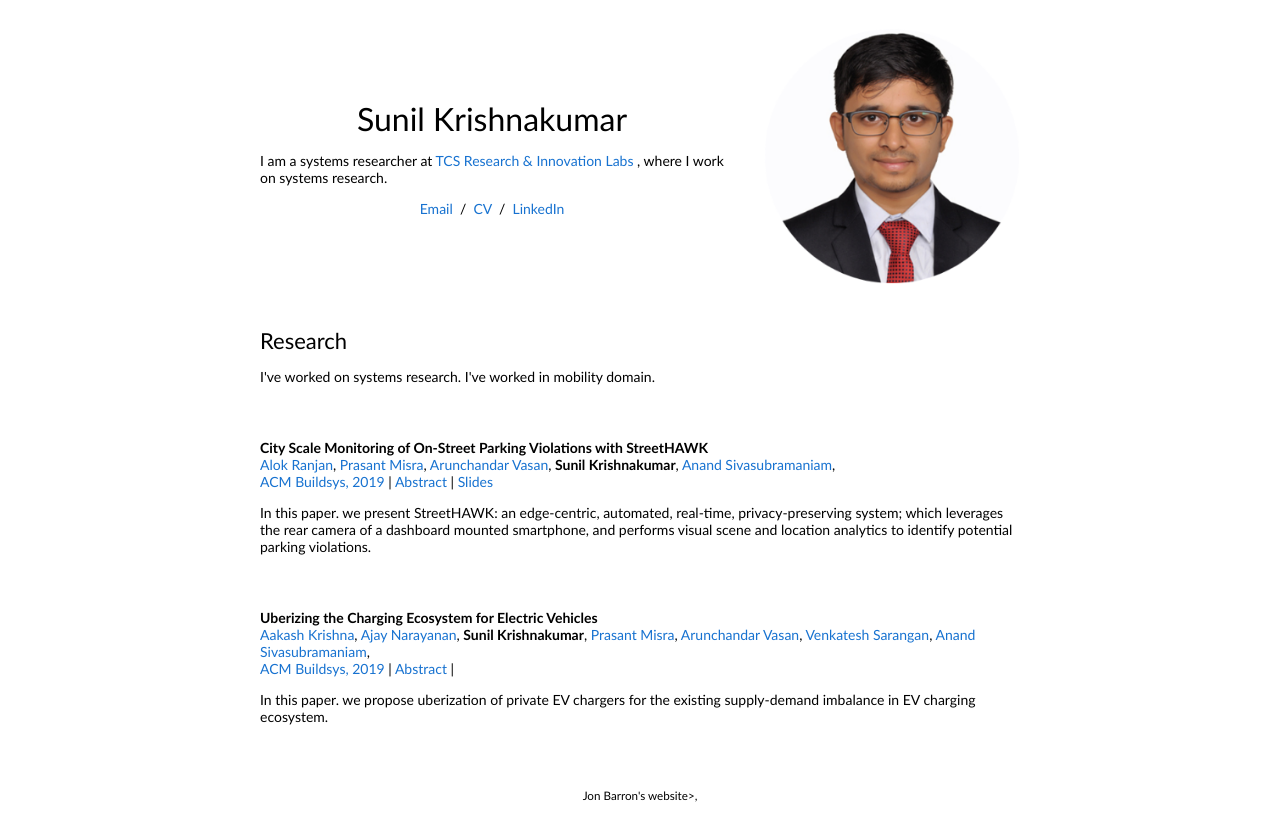
Repository: Sunil-KK/-
Page: index.html
The author's editor kept a copy of each file at every save. The page is drawn from the files as they stood at one save, then again after the next save.
The browser window is 1280 px wide. The pictures show the whole page.

Above is the page before, as saved 2020-09-02 02:05:14.

### index.html
<!DOCTYPE HTML>
<html lang="en"><head><meta http-equiv="Content-Type" content="text/html; charset=UTF-8">
  <!-- Hi, Jon Here. Please DELETE the two <script> tags below if you use this HTML, otherwise my analytics will track your page -->
  <!-- Global site tag (gtag.js) - Google Analytics -->
  <script async src="https://www.googletagmanager.com/gtag/js?id=UA-7580334-2"></script>
  <script>
    window.dataLayer = window.dataLayer || [];
    function gtag(){dataLayer.push(arguments);}
    gtag('js', new Date());

    gtag('config', 'UA-7580334-2');
  </script>

  <title>Sunil Krishnakumar</title>

  <meta name="author" content="Sunil Krishnakumar">
  <meta name="viewport" content="width=device-width, initial-scale=1">

  <link rel="stylesheet" type="text/css" href="stylesheet.css">
  <link rel="icon" type="image/png" href="images/seal_icon.png">
</head>

<body>
  <table style="width:100%;max-width:800px;border:0px;border-spacing:0px;border-collapse:separate;margin-right:auto;margin-left:auto;"><tbody>
    <tr style="padding:0px">
      <td style="padding:0px">
        <table style="width:100%;border:0px;border-spacing:0px;border-collapse:separate;margin-right:auto;margin-left:auto;"><tbody>
          <tr style="padding:0px">
            <td style="padding:2.5%;width:63%;vertical-align:middle">
              <p style="text-align:center">
                <name>Sunil Krishnakumar</name>
              </p>
              <p>I am a systems researcher at <a href="https://www.tcs.com/research-and-innovation">TCS Research & Innovation Labs </a>, where I work on systems research.
              </p>
              <p>
                <!-- At Google I've worked on <a href="https://ai.googleblog.com/2014/04/lens-blur-in-new-google-camera-app.html">Lens Blur</a>, <a href="https://ai.googleblog.com/2014/10/hdr-low-light-and-high-dynamic-range.html">HDR+</a>, <a href="https://www.google.com/get/cardboard/jump/">Jump</a>, <a href="https://ai.googleblog.com/2017/10/portrait-mode-on-pixel-2-and-pixel-2-xl.html">Portrait Mode</a>, and <a href="https://www.youtube.com/watch?v=JSnB06um5r4">Glass</a>. I did my PhD at <a href="http://www.eecs.berkeley.edu/">UC Berkeley</a>, where I was advised by <a href="http://www.cs.berkeley.edu/~malik/">Jitendra Malik</a> and funded by the <a href="http://www.nsfgrfp.org/">NSF GRFP</a>. I did my bachelors at the <a href="http://cs.toronto.edu">University of Toronto</a>. -->
                <!-- I've recieved the <a href="https://www2.eecs.berkeley.edu/Students/Awards/15/">C.V. Ramamoorthy Distinguished Research Award</a> and the <a href="https://www.thecvf.com/?page_id=413#YRA">PAMI Young Researcher Award</a>. -->
              </p>
              <p style="text-align:center">
                <a href="mailto:komadamsunil96@gmail.com">Email</a> &nbsp/&nbsp
                <a href="data/Sunil_CV.pdf.pdf">CV</a> &nbsp/&nbsp
                <!-- <a href="data/JonBarron-bio.txt">LinkedI</a> &nbsp/&nbsp -->
                <!-- <a href="https://scholar.google.com/citations?hl=en&user=jktWnL8AAAAJ">Google Scholar</a> &nbsp/&nbsp -->
                <a href="https://www.linkedin.com/in/sunilkrishnakumar/">LinkedIn</a>
                <!-- <a href="https://twitter.com/jon_barron">Twitter</a> -->
              </p>
            </td>
            <td style="padding:2.5%;width:40%;max-width:40%">
              <a href="images/ID.jpg"><img style="width:100%;max-width:100%" alt="profile photo" src="images/Sunil_circle.png" class="hoverZoomLink"></a>
            </td>
          </tr>
        </tbody></table>
        <table style="width:100%;border:0px;border-spacing:0px;border-collapse:separate;margin-right:auto;margin-left:auto;"><tbody>
            <tr>
            <td style="padding:20px;width:100%;vertical-align:middle">
              <heading>Research</heading>
              <p>
                I've worked on systems research. I've worked in mobility domain.
                <!-- Representative papers are <span class="highlight">highlighted</span>. -->
              </p>
            </td>
          </tr>
        </tbody></table>
        <table style="width:100%;border:0px;border-spacing:0px;border-collapse:separate;margin-right:auto;margin-left:auto;"><tbody>


            </td>
            <td style="padding:20px;width:75%;vertical-align:middle">
              <strong>City Scale Monitoring of On-Street Parking Violations with StreetHAWK</strong>
              <br>
              <a href="https://sites.google.com/view/alok-ranjan/home">Alok Ranjan</a>,
              <a href="https://sites.google.com/site/prasantmisra">Prasant Misra</a>,
              <a href="https://www.linkedin.com/in/arun-vasan/">Arunchandar Vasan</a>,
              <strong>Sunil Krishnakumar</strong>,
              <a href="http://www.cse.psu.edu/~axs53/">Anand Sivasubramaniam</a>,
              <br>
              <!-- <em>ACM Buildsys</em>, 2019   -->
              <!-- <br> -->
              <a href="https://dl.acm.org/doi/proceedings/10.1145/3360322">ACM Buildsys, 2019</a> |
              <a href="https://dl.acm.org/doi/10.1145/3360322.3360841"">Abstract</a> |
              <a href="data/2019-buildsys-streethawk-abridged.pdf">Slides</a>
              <p></p>
              <p>In this paper. we present StreetHAWK: an edge-centric, automated, real-time, privacy-preserving system;
                 which leverages the rear camera of a dashboard mounted smartphone, and performs visual scene and location
                 analytics to identify potential parking violations. </p>
            </td>
          </tr>


        </td>
        <td style="padding:20px;width:75%;vertical-align:middle">
          <strong>Uberizing the Charging Ecosystem for Electric Vehicles</strong>
          <br>
          <a href="https://www.researchgate.net/profile/Aakash_Krishna_Gs">Aakash Krishna</a>,
          <a href="https://www.researchgate.net/profile/Ajay_Narayanan4">Ajay Narayanan</a>,
          <strong>Sunil Krishnakumar</strong>,
          <a href="https://sites.google.com/site/prasantmisra">Prasant Misra</a>,
          <a href="https://www.linkedin.com/in/arun-vasan/">Arunchandar Vasan</a>,
          <a href="https://www.linkedin.com/in/venkatesh-sarangan-429a4168/">Venkatesh Sarangan</a>,
          <a href="http://www.cse.psu.edu/~axs53/">Anand Sivasubramaniam</a>,
          <br>
          <!-- <em>ACM Buildsys</em>, 2019   -->
          <!-- <br> -->
          <a href="https://dl.acm.org/doi/proceedings/10.1145/3396851">ACM Buildsys, 2019</a> |
          <a href="https://doi.org/10.1145/3396851.3397758">Abstract</a> |
          <!-- <a href="data/2019-buildsys-streethawk-abridged.pdf">Slides</a> -->
          <p></p>
          <p>In this paper. we propose uberization of private EV chargers for the existing supply-demand imbalance
             in EV charging ecosystem. </p>
        </td>
      </tr>

        <table style="width:100%;border:0px;border-spacing:0px;border-collapse:separate;margin-right:auto;margin-left:auto;"><tbody>
          <tr>
            <td style="padding:0px">
              <br>
              <p style="text-align:center;font-size:smaller;"
                Design and source code from <a href="https://github.com/jonbarron/jonbarron_website">Jon Barron's website</a>>,
                <br>
              </p>
            </td>
          </tr>
        </tbody></table>
      </td>
    </tr>
  </table>
</body>

</html>

### stylesheet.css
/* latin-ext */
@font-face {
  font-family: 'Lato';
  font-style: italic;
  font-weight: 400;
  src: local('Lato Italic'), local('Lato-Italic'), url(https://fonts.gstatic.com/s/lato/v15/S6u8w4BMUTPHjxsAUi-qNiXg7eU0.woff2) format('woff2');
  unicode-range: U+0100-024F, U+0259, U+1E00-1EFF, U+2020, U+20A0-20AB, U+20AD-20CF, U+2113, U+2C60-2C7F, U+A720-A7FF;
}
/* latin */
@font-face {
  font-family: 'Lato';
  font-style: italic;
  font-weight: 400;
  src: local('Lato Italic'), local('Lato-Italic'), url(https://fonts.gstatic.com/s/lato/v15/S6u8w4BMUTPHjxsAXC-qNiXg7Q.woff2) format('woff2');
  unicode-range: U+0000-00FF, U+0131, U+0152-0153, U+02BB-02BC, U+02C6, U+02DA, U+02DC, U+2000-206F, U+2074, U+20AC, U+2122, U+2191, U+2193, U+2212, U+2215, U+FEFF, U+FFFD;
}
/* latin-ext */
@font-face {
  font-family: 'Lato';
  font-style: italic;
  font-weight: 700;
  src: local('Lato Bold Italic'), local('Lato-BoldItalic'), url(https://fonts.gstatic.com/s/lato/v15/S6u_w4BMUTPHjxsI5wq_FQftx9897sxZ.woff2) format('woff2');
  unicode-range: U+0100-024F, U+0259, U+1E00-1EFF, U+2020, U+20A0-20AB, U+20AD-20CF, U+2113, U+2C60-2C7F, U+A720-A7FF;
}
/* latin */
@font-face {
  font-family: 'Lato';
  font-style: italic;
  font-weight: 700;
  src: local('Lato Bold Italic'), local('Lato-BoldItalic'), url(https://fonts.gstatic.com/s/lato/v15/S6u_w4BMUTPHjxsI5wq_Gwftx9897g.woff2) format('woff2');
  unicode-range: U+0000-00FF, U+0131, U+0152-0153, U+02BB-02BC, U+02C6, U+02DA, U+02DC, U+2000-206F, U+2074, U+20AC, U+2122, U+2191, U+2193, U+2212, U+2215, U+FEFF, U+FFFD;
}
/* latin-ext */
@font-face {
  font-family: 'Lato';
  font-style: normal;
  font-weight: 400;
  src: local('Lato Regular'), local('Lato-Regular'), url(https://fonts.gstatic.com/s/lato/v15/S6uyw4BMUTPHjxAwXiWtFCfQ7A.woff2) format('woff2');
  unicode-range: U+0100-024F, U+0259, U+1E00-1EFF, U+2020, U+20A0-20AB, U+20AD-20CF, U+2113, U+2C60-2C7F, U+A720-A7FF;
}
/* latin */
@font-face {
  font-family: 'Lato';
  font-style: normal;
  font-weight: 400;
  src: local('Lato Regular'), local('Lato-Regular'), url(https://fonts.gstatic.com/s/lato/v15/S6uyw4BMUTPHjx4wXiWtFCc.woff2) format('woff2');
  unicode-range: U+0000-00FF, U+0131, U+0152-0153, U+02BB-02BC, U+02C6, U+02DA, U+02DC, U+2000-206F, U+2074, U+20AC, U+2122, U+2191, U+2193, U+2212, U+2215, U+FEFF, U+FFFD;
}
/* latin-ext */
@font-face {
  font-family: 'Lato';
  font-style: normal;
  font-weight: 700;
  src: local('Lato Bold'), local('Lato-Bold'), url(https://fonts.gstatic.com/s/lato/v15/S6u9w4BMUTPHh6UVSwaPGQ3q5d0N7w.woff2) format('woff2');
  unicode-range: U+0100-024F, U+0259, U+1E00-1EFF, U+2020, U+20A0-20AB, U+20AD-20CF, U+2113, U+2C60-2C7F, U+A720-A7FF;
}
/* latin */
@font-face {
  font-family: 'Lato';
  font-style: normal;
  font-weight: 700;
  src: local('Lato Bold'), local('Lato-Bold'), url(https://fonts.gstatic.com/s/lato/v15/S6u9w4BMUTPHh6UVSwiPGQ3q5d0.woff2) format('woff2');
  unicode-range: U+0000-00FF, U+0131, U+0152-0153, U+02BB-02BC, U+02C6, U+02DA, U+02DC, U+2000-206F, U+2074, U+20AC, U+2122, U+2191, U+2193, U+2212, U+2215, U+FEFF, U+FFFD;
}

a {
  color: #1772d0;
  text-decoration: none;
}

a:focus,
a:hover {
  color: #f09228;
  text-decoration: none;
}

body,
td,
th,
tr,
p,
a {
  font-family: 'Lato', Verdana, Helvetica, sans-serif;
  font-size: 14px
}

strong {
  font-family: 'Lato', Verdana, Helvetica, sans-serif;
  font-size: 14px;
}

heading {
  font-family: 'Lato', Verdana, Helvetica, sans-serif;
  font-size: 22px;
}

papertitle {
  font-family: 'Lato', Verdana, Helvetica, sans-serif;
  font-size: 14px;
  font-weight: 700
}

name {
  font-family: 'Lato', Verdana, Helvetica, sans-serif;
  font-size: 32px;
}

.one {
  width: 160px;
  height: 160px;
  position: relative;
}

.two {
  width: 160px;
  height: 160px;
  position: absolute;
  transition: opacity .2s ease-in-out;
  -moz-transition: opacity .2s ease-in-out;
  -webkit-transition: opacity .2s ease-in-out;
}

.fade {
  transition: opacity .2s ease-in-out;
  -moz-transition: opacity .2s ease-in-out;
  -webkit-transition: opacity .2s ease-in-out;
}

span.highlight {
  background-color: #ffffd0;
}

After the next save:
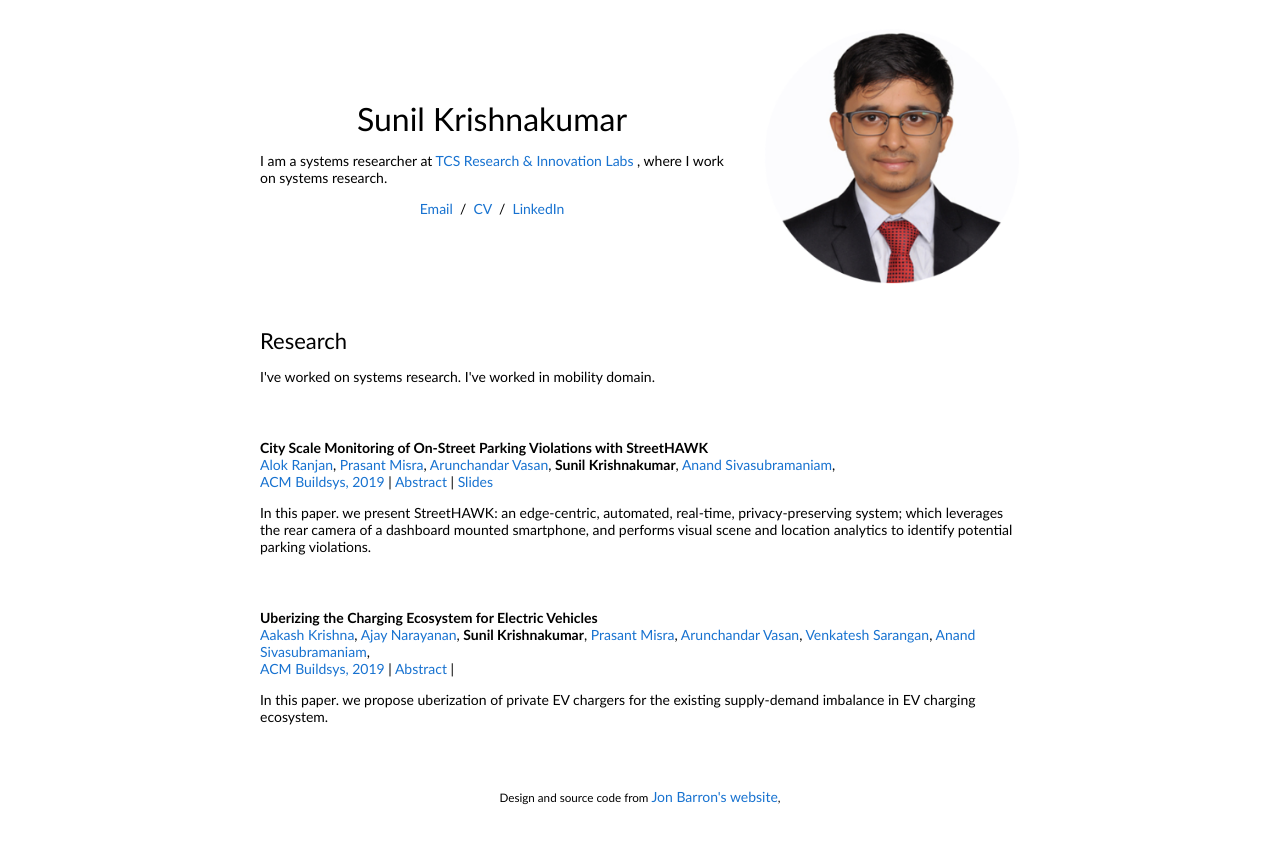
Saved 42 s later.
--- a/index.html
+++ b/index.html
@@ -114,8 +114,8 @@
           <tr>
             <td style="padding:0px">
               <br>
-              <p style="text-align:center;font-size:smaller;"
-                Design and source code from <a href="https://github.com/jonbarron/jonbarron_website">Jon Barron's website</a>>,
+              <p style="text-align:center;font-size:smaller;">
+                Design and source code from <a href="https://github.com/jonbarron/jonbarron_website">Jon Barron's website</a>,</p>
                 <br>
               </p>
             </td>
